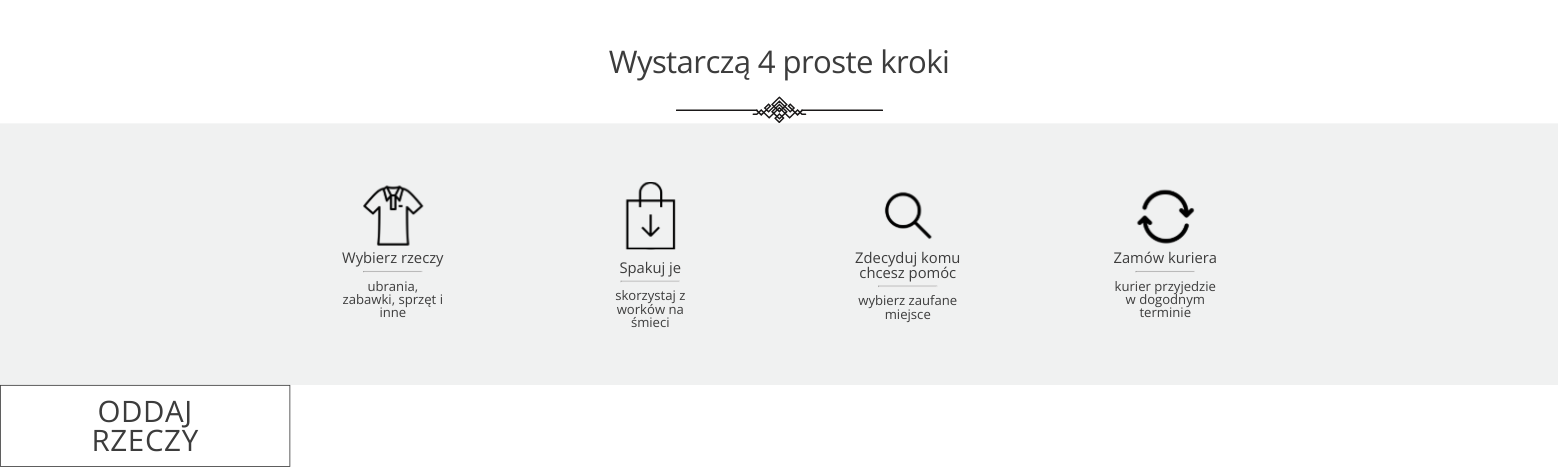
Repository: tomekwoojcik/oddam-w-dobre-rence
Page: /
The author's editor kept a copy of each file at every save. The page is drawn from the files as they stood at one save, then again after the next save.
The browser window is 1280 px wide. The page is 1900 px wide, so the pictures cover 1900 px, including what lies to the right of the window. The pictures show the part of the page from y = 1347 to 1917 px (the page is 1917 px tall), at 82% of full size.
The project was rebuilt for these pictures with package versions that can differ from the ones it lists, and the page was loaded fresh each time. Also part of the build but not shown: src/pages/logIn/logIn.js, src/pages/register/register.js.

Above is the page before, as saved 2022-12-08 08:21:02.

### public/index.html
<!DOCTYPE html>
<html lang="en">
  <head>
    <meta charset="utf-8" />
    <link rel="icon" href="%PUBLIC_URL%/favicon.ico" />
    <meta name="viewport" content="width=device-width, initial-scale=1" />
    <meta name="theme-color" content="#000000" />
    <meta
      name="description"
      content="Web site created using create-react-app"
    />
    <link rel="apple-touch-icon" href="%PUBLIC_URL%/logo192.png" />
    <link rel="manifest" href="%PUBLIC_URL%/manifest.json" />
    <title>React App</title>
    <link rel="preconnect" href="https://fonts.googleapis.com">
    <link rel="preconnect" href="https://fonts.gstatic.com" crossorigin>
    <link
      href="https://fonts.googleapis.com/css2?family=Merriweather:ital,wght@0,300;0,400;0,700;0,900;1,300;1,400;1,700;1,900&family=Open+Sans:ital,wght@0,300;0,400;0,500;0,600;0,700;0,800;1,300;1,400;1,500;1,600;1,700;1,800&display=swap"
      rel="stylesheet">
  </head>
  <body>
    <div id="root"></div>
  </body>
</html>

### src/index.js
import React from 'react'
import ReactDOM from 'react-dom/client'
import './scss/main.scss'
import App from './App'
import reportWebVitals from './reportWebVitals'

const root = ReactDOM.createRoot(document.getElementById('root'))
root.render(
  <React.StrictMode>
    <App />
  </React.StrictMode>
)

// If you want to start measuring performance in your app, pass a function
// to log results (for example: reportWebVitals(console.log))
// or send to an analytics endpoint. Learn more: https://bit.ly/CRA-vitals
reportWebVitals()

### src/scss/main.scss
@import './reset';
@import './settings/colors';
@import './settings/fonts';
@import '../components/atoms/buttonsMenu/buttonsMenu';
@import '../components/molecules/navMenu/navMenu';
@import '../components/atoms/buttonsLoginLogout/buttonsLoginLogout';
@import '../components/molecules/navLoginLogout/navLoginLogout';
@import '../components/molecules/menu/menu';
@import '../components/atoms/photoInHeader/photoInHeader.scss';
@import '../components/organisms/header/header';
@import '../components/atoms/partTextInHeader/firstPartText';
@import '../components/molecules/rightPart/rightPart';
@import '../components/molecules/textInHeader/textInHeader';
@import '../components/atoms/decorationAssets/decorationAssets';
@import '../components/molecules/menuRightPartContext/menuRightPartContext';
@import '../components/atoms/buttonsInRightPartContext/buttonsInRightPartContext';
@import '../components/organisms/threeColumns/threeColumns';
@import '../pages/home/home';
@import '../components/molecules/oneColumn/oneColumn';
@import '../components/atoms/counterInColumn/counterInColumn';
@import '../components/atoms/titleInColumn/titleInColumn';
@import '../components/atoms/textInColumn/textInColumn';
@import '../components/atoms/simpleStepsTitle/simpleStepsTitle';
@import '../components/organisms/simpleSteps/simpleSteps';
@import '../components/atoms/simpleStepsColumn/simpleStepsColumn';
@import '../components/molecules/simpleStepsBar/simpleStepsBar';

* {
    font-family: $font-base;
}

### src/App.js
/* eslint-disable react/react-in-jsx-scope */
import { Outlet, Route, Routes } from 'react-router'
import { BrowserRouter } from 'react-router-dom'
import Home from './pages/home/home'
import './App.css'
import LogIn from './pages/logIn/logIn'
import Register from './pages/register/register'

function App () {
  return (
    <div className="App">
      <Outlet />
      <BrowserRouter>
        <Routes>
          <Route path='/' element={<Home />} />
          <Route path='logowanie' element={<LogIn />} />
          <Route path='rejestracja' element={<Register />} />
        </Routes>

      </BrowserRouter>
    </div>
  )
}

export default App

### src/scss/settings/_colors.scss
$white-color: #F0F1F1;
$mustard-color: #5E5322;
$strong-yellow-color: #FAD648;
$grey-color: #737373;
$black-color: #3C3C3C;

### src/components/atoms/buttonsMenu/_buttonsMenu.scss
@import '../../../scss/settings/fonts';
@import '../../../scss/settings/colors';

.buttonItem {
    .button {
        font-size: 18px;
        padding: 9px 20px;
        color: $black-color;
        text-decoration: none;
        font-family: $font-base;
        border: 0.75px solid white;
    }

    .button:hover{
        border: 0.75px solid $black-color;
    }
}

### src/components/molecules/navMenu/_navMenu.scss
@import '../../../scss/settings/fonts';
@import '../../../scss/settings/colors';

.buttonList {
    margin-top: 10px;
    display: flex;
    flex-direction: row;
    justify-content: flex-end;
    margin-right: 142px;
}

### src/components/atoms/buttonsLoginLogout/_buttonsLoginLogout.scss
@import '../../../scss/settings/fonts';
@import '../../../scss/settings/colors';

.buttonMenuItems {
    .buttonMenu {
        font-family: $font-base;
        font-size: 14px;
        text-decoration: none;
        color: $grey-color;
        padding: 9px 10px;
        margin-left: 20px;
        border: 0.75px solid white;
    }

    .buttonMenu:hover{
        border-color: $strong-yellow-color;
    }
}

### src/components/molecules/navLoginLogout/_navLoginLogout.scss
.buttonMenuList{
    display: flex;
    flex-direction: row;
    justify-content: flex-end;
    margin-right: 142px;
    margin-bottom: 60px;
}

### src/components/molecules/menu/_menu.scss
.menu {
    width: 100%;
    margin-top: 37px;
    flex-direction: column;
}

### src/components/atoms/photoInHeader/_photoInHeader.scss
.photoHeader {
    width: 885px;
    height: 963px;
}

### src/components/organisms/header/_header.scss
.header {
    display: flex;
    flex-direction: row;
    width: 1758px;
}

### src/components/atoms/partTextInHeader/_firstPartText.scss
@import '../../../scss/settings/fonts';
@import '../../../scss/settings/colors';

.textInHeader{
    font-family: $font-base;
    font-size: 38px;
    margin-bottom: 10px;
}

### src/components/molecules/rightPart/_rightPart.scss
.rightPartHeader{
    display: flex;
    flex-direction: column;
}

### src/components/molecules/textInHeader/_textInHeader.scss
.textIn{
    margin-top: 210px;
}

### src/components/atoms/decorationAssets/_decorationAssets.scss
.decorationAssets {
    width: 253px;
    height: 33px;
    align-self: center;
    margin-top: 25px;
}

### src/components/molecules/menuRightPartContext/_menuRightPartContext.scss
.menuRightPartContext{
    display: flex;
    flex-direction: row;
    justify-content: center;
    margin-top: 65px;
}

### src/components/atoms/buttonsInRightPartContext/_buttonsInRightPartContext.scss
@import '../../../scss/settings/fonts';
@import '../../../scss/settings/colors';
@import '../../../scss/settings/otherVariables';

.buttonItemMenuContext {
    width: 250px;
    border: $border;
    padding: 13px 51px;

    .buttonMenuContext {

        text-transform: uppercase;
        text-decoration: none;
        color: $black-color;
        font-size: 36px;
        letter-spacing: 0.76px;
        word-wrap: break-word;
        font-family: $font-base;
        font-weight: 300;
    }

}

.buttonItemMenuContext:nth-child(2) {
    margin-left: 44px;
}

### src/scss/settings/_otherVariables.scss
@import '../settings/colors';
@import '../settings/colors';

$border: 0.75px solid $black-color;

### src/components/organisms/threeColumns/_threeColumns.scss
.threeColumns{
    background: url(../../../assets/backGround.png) ;
    width: 100%;
    display: flex;
    flex-direction: row;
    justify-content: space-around;
}

### src/pages/home/_home.scss
.homePage{
    width: 1900px;
    margin: 0 auto;
}

### src/components/molecules/oneColumn/_oneColumn.scss
.oneColumn {
    display: flex;
    flex-direction: column;
    justify-content: center;
    width: 334px;
    height: 252px;
    padding-top: 46px;
    padding-bottom: 86px;

}

### src/components/atoms/counterInColumn/_counterInColumn.scss
@import '../../../scss/settings/fonts';
@import '../../../scss/settings/colors';
@import '../../../scss/settings/otherVariables';

.counterColumn{
    font-size: 90px;
    font-family: $font-base;
    color: $mustard-color;
    font-weight: 300;
}

### src/components/atoms/titleInColumn/_titleInColumn.scss
@import '../../../scss/settings/fonts';
@import '../../../scss/settings/colors';
@import '../../../scss/settings/otherVariables';

.titleColumn{
    text-transform: uppercase;
    font-size: 18px;
    font-family: $font-base;
    letter-spacing: -0.36px;
    color: $black-color;
    margin: 10px 0 28px 0;

}

### src/components/atoms/textInColumn/_textInColumn.scss
@import '../../../scss/settings/fonts';
@import '../../../scss/settings/colors';
@import '../../../scss/settings/otherVariables';


.textColumn{
    font-family: $font-alt;
    font-size: 16px;
    font-weight: lighter;
    color: $black-color;
    letter-spacing: -0.32px;
    line-height: 25px;
}

### src/components/atoms/simpleStepsTitle/_simpleStepsTitle.scss
@import '../../../scss/settings/fonts';
@import '../../../scss/settings/colors';
@import '../../../scss/settings/otherVariables';

.simpleStepsTitle {
    font-size: 38px;
    font-family: $font-base;
    letter-spacing: -0.76px;
    color: $black-color;
    font-weight: 300;
}

### src/components/organisms/simpleSteps/_simpleSteps.scss
.simpleSteps{
    margin-top: 55px;
    display: flex;
    flex-direction: column;

    .buttonInSimpleSteps{
        align-self: center;
    }
}

### src/components/atoms/simpleStepsColumn/_simpleStepsColumn.scss
@import '../../../scss/settings/fonts';
@import '../../../scss/settings/colors';
@import '../../../scss/settings/otherVariables';

.simpleStepsColumn {
    width: 130px;
    height: 172px;

    .simpleStepsColumnImg {
        width: 83px;
        height: 83px;
    }

    .simpleStepsColumnTitle {
        font-family: $font-base;
        font-size: 18px;
        color: $black-color;
    }

    .simpleStepsColumnLine {
        color: $grey-color;
        width: 70px;
    }

    .simpleStepsColumnText {
        font-family: $font-base;
        font-size: 16px;
        color: $black-color;
        height: 40px;
        width: 100%;
    }
}


.simpleStepsColumn:nth-child(2){
    .simpleStepsColumnTitle{
        margin-top: 12px;
    }
}

### src/components/molecules/simpleStepsBar/_simpleStepsBar.scss
@import '../../../scss/settings/fonts';
@import '../../../scss/settings/colors';
@import '../../../scss/settings/otherVariables';

.simpleStepsBar {
    background-color: $white-color;
    padding: 71px 414px 76px 414px;
    display: flex;
    flex-direction: row;
    justify-content: space-between;
}

### src/pages/home/home.js
import React from 'react'
import Header from '../../components/organisms/header/header'
import SimpleSteps from '../../components/organisms/simpleSteps/simpleSteps'
import ThreeColumns from '../../components/organisms/threeColumns/threeColumns'

const Home = () => {
  return (
    <div className='homePage'>
      <Header />
      <ThreeColumns />
      <SimpleSteps/>
    </div>
  )
}

export default Home

### src/components/organisms/header/header.js
import React from 'react'
import PhotoInHeader from '../../atoms/photoInHeader/photoInHeader'
import RightPart from '../../molecules/rightPart/rightPart'
const Header = () => {
  return (
    <header className='header'>
      <PhotoInHeader />
      <RightPart />
    </header>

  )
}

export default Header

### src/components/organisms/simpleSteps/simpleSteps.js
import React from 'react'
import SimpleStepsTitle from '../../atoms/simpleStepsTitle/simpleStepsTitle'
import DecorationAssets from '../../atoms/decorationAssets/decorationAssets'
import SimpleStepsBar from '../../molecules/simpleStepsBar/simpleStepsBar'
import ButtonsInRightPartContext from '../../atoms/buttonsInRightPartContext/buttonsInRightPartContext'
const SimpleSteps = () => {
  return (
        <div className='simpleSteps'>
            <SimpleStepsTitle text={'Wystarczą 4 proste kroki'} />
            <DecorationAssets />
            <SimpleStepsBar />
            <ButtonsInRightPartContext buttonName={'oddaj rzeczy'} />
        </div>
  )
}

export default SimpleSteps

### src/components/organisms/threeColumns/threeColumns.js
import React from 'react'
import OneColumn from '../../molecules/oneColumn/oneColumn'

const ThreeColumns = () => {
  return (
        <div className='threeColumns'>
          <OneColumn counter={'10'} title={'Oddanych worków'} text={'Lorem ipsum dolor sit amet, consectetur adipisc Pellentesque vel enim a elit viverra elementuma. Aliquam erat volutpat.'} />
          <OneColumn counter={'5'} title={'Wspartych organizacji'} text={'Lorem ipsum dolor sit amet, consectetur adipisc Pellentesque vel enim a elit viverra elementuma. Aliquam erat volutpat.'} />
          <OneColumn counter={'7'} title={'Zorganizowanych zbiórek'} text={'Lorem ipsum dolor sit amet, consectetur adipisc Pellentesque vel enim a elit viverra elementuma. Aliquam erat volutpat.'} />
        </div>
  )
}

export default ThreeColumns

### src/components/atoms/photoInHeader/photoInHeader.js
import React from 'react'
import Image from '../../../assets/Home-Hero-Image.jpg'

const PhotoInHeader = () => {
  return (
    <img className='photoHeader' src={Image} />
  )
}

export default PhotoInHeader

### src/components/molecules/rightPart/rightPart.js
import React from 'react'
import Menu from '../menu/menu'
import RightPartContext from '../rightPartContext/rightPartContext'

const RightPart = () => {
  return (
    <div className='rightPartHeader'>
      <Menu />
      <RightPartContext />
    </div>
  )
}

export default RightPart

### src/components/atoms/simpleStepsTitle/simpleStepsTitle.js
/* eslint-disable react/prop-types */
import React from 'react'

const SimpleStepsTitle = ({ text }) => {
  return (
        <h4 className='simpleStepsTitle'>{text}</h4>
  )
}

export default SimpleStepsTitle

### src/components/atoms/decorationAssets/decorationAssets.js
import React from 'react'
import DecoratorImage from '../../../assets/Decoration.svg'
const DecorationAssets = () => {
  return (
        <img className="decorationAssets" src={DecoratorImage} />
  )
}

export default DecorationAssets

### src/components/molecules/simpleStepsBar/simpleStepsBar.js
import React from 'react'
import SimpleStepsColumn from '../../atoms/simpleStepsColumn/simpleStepsColumn'
import IconOne from '../../../assets/Icon-1.svg'
import IconSec from '../../../assets/Icon-2.svg'
import IconThr from '../../../assets/Icon-3.svg'
import IconFou from '../../../assets/Icon-4.svg'

const SimpleStepsBar = () => {
  return (
        <div className='simpleStepsBar'>
          <SimpleStepsColumn source={IconOne} simpleStepsColumnTitle={'Wybierz rzeczy'} simpleStepsColumnText={'ubrania, zabawki, sprzęt i inne'} />
          <SimpleStepsColumn source={IconSec} simpleStepsColumnTitle={'Spakuj je'} simpleStepsColumnText={'skorzystaj z worków na śmieci'} />
          <SimpleStepsColumn source={IconThr} simpleStepsColumnTitle={'Zdecyduj komu chcesz pomóc'} simpleStepsColumnText={'wybierz zaufane miejsce'} />
          <SimpleStepsColumn source={IconFou} simpleStepsColumnTitle={'Zamów kuriera'} simpleStepsColumnText={'kurier przyjedzie w dogodnym terminie'} />
        </div>
  )
}

export default SimpleStepsBar

### src/components/atoms/buttonsInRightPartContext/buttonsInRightPartContext.js
import React from 'react'
import { NavLink } from 'react-router-dom'

// eslint-disable-next-line react/prop-types
const ButtonsInRightPartContext = ({ source, buttonName }) => {
  return (
    <div className='buttonItemMenuContext'><NavLink className='buttonMenuContext' to={source}>{buttonName}</NavLink></div>
  )
}

export default ButtonsInRightPartContext

### src/components/molecules/oneColumn/oneColumn.js
/* eslint-disable react/prop-types */
import React from 'react'
import CounterInColumn from '../../atoms/counterInColumn/counterInColumn'
import TextInColumn from '../../atoms/textInColumn/textInColumn'
import TitleInColumn from '../../atoms/titleInColumn/titleInColumn'

const OneColumn = ({ counter, title, text }) => {
  return (
        <div className='oneColumn'>
            <CounterInColumn counterColumn={counter} />
            <TitleInColumn titleColumn={title} />
            <TextInColumn textColumn={text} />
        </div>
  )
}

export default OneColumn

### src/components/molecules/menu/menu.js
import React from 'react'
import NavLoginLogout from '../navLoginLogout/navLoginLogout'
import NavMenu from '../navMenu/navMenu'

const Menu = () => {
  return (
    <div className='menu'>
      <NavLoginLogout />
      <NavMenu />
    </div>
  )
}

export default Menu

### src/components/molecules/rightPartContext/rightPartContext.js
import React from 'react'
import DecorationAssets from '../../atoms/decorationAssets/decorationAssets'
import MenuRightPartContext from '../menuRightPartContext/menuRightPartContext'
import TextInHeader from '../textInHeader/textInHeader'

const RightPartContext = () => {
  return (
      <div className='rightPartContext'>
          <TextInHeader />
          <DecorationAssets />
          <MenuRightPartContext/>
        </div>
  )
}

export default RightPartContext

### src/components/atoms/simpleStepsColumn/simpleStepsColumn.js
/* eslint-disable react/prop-types */
import React from 'react'

const SimpleStepsColumn = ({ source, simpleStepsColumnTitle, simpleStepsColumnText }) => {
  return (
    <div className='simpleStepsColumn'>
          <img className='simpleStepsColumnImg' src={source} />
          <h4 className='simpleStepsColumnTitle' >{simpleStepsColumnTitle}</h4>
          <hr className='simpleStepsColumnLine' />
          <p className='simpleStepsColumnText'>{simpleStepsColumnText}</p>
    </div>
  )
}

export default SimpleStepsColumn

### src/components/atoms/counterInColumn/counterInColumn.js
/* eslint-disable react/prop-types */
import React from 'react'

const CounterInColumn = ({ counterColumn }) => {
  return (
    <h3 className='counterColumn'>{counterColumn}</h3>
  )
}

export default CounterInColumn

### src/components/atoms/textInColumn/textInColumn.js
/* eslint-disable react/prop-types */
import React from 'react'

const TextInColumn = ({ textColumn }) => {
  return (
      <p className='textColumn'>{ textColumn }</p>
  )
}

export default TextInColumn

### src/components/atoms/titleInColumn/titleInColumn.js
/* eslint-disable react/prop-types */
import React from 'react'

const TitleInColumn = ({ titleColumn }) => {
  return (
      <h4 className='titleColumn'>{titleColumn}</h4>
  )
}

export default TitleInColumn

### src/components/molecules/navLoginLogout/navLoginLogout.js
import React from 'react'
import ButtonsLoginLogout from '../../atoms/buttonsLoginLogout/buttonsLoginLogout'

const NavLoginLogout = () => {
  return (
        <ul className='buttonMenuList'>
          <ButtonsLoginLogout source={'logowanie'} buttonName={'Zaloguj'} />
          <ButtonsLoginLogout source={'rejestracja'} buttonName={'Załóź konto'} />
        </ul>
  )
}

export default NavLoginLogout

### src/components/molecules/navMenu/navMenu.js
import React from 'react'
import ButtonsMenu from '../../atoms/buttonsMenu/buttonsMenu'

const NavMenu = () => {
  return (
        <ul className='buttonList'>
          <ButtonsMenu source={'/'} linkName={'Start'} />
          <ButtonsMenu source={'/'} linkName={'O co chodzi?'} />
          <ButtonsMenu source={'/'} linkName={'O nas'} />
          <ButtonsMenu source={'/'} linkName={'Fundacje i organizacje'} />
          <ButtonsMenu source={'/'} linkName={'Kontakt'} />
        </ul>
  )
}

export default NavMenu

### src/components/molecules/menuRightPartContext/menuRightPartContext.js
import React from 'react'
import ButtonsInRightPartContext from '../../atoms/buttonsInRightPartContext/buttonsInRightPartContext'

const MenuRightPartContext = () => {
  return (
      <ul className='menuRightPartContext'>
      <ButtonsInRightPartContext source={'#'} buttonName={'Oddaj rzeczy'} />
      <ButtonsInRightPartContext source={'#'} buttonName={'Zorganizuj zbiórke'} />
    </ul>
  )
}

export default MenuRightPartContext

### src/components/molecules/textInHeader/textInHeader.js
import React from 'react'
import FirstPartText from '../../atoms/partTextInHeader/firstPartText'

const TextInHeader = () => {
  return (
        <div className='textIn'>
          <FirstPartText textHeader={'Zacznij pomagać!'} />
          <FirstPartText textHeader={'Oddaj niechciane rzeczy w zaufane ręce'} />
        </div>
  )
}

export default TextInHeader

### src/components/atoms/buttonsLoginLogout/buttonsLoginLogout.js
/* eslint-disable react/prop-types */
import React from 'react'
import { NavLink } from 'react-router-dom'

const ButtonsLoginLogout = ({ source, buttonName }) => {
  return (
        <li className='buttonMenuItems'><NavLink className='buttonMenu' to={source}>{buttonName}</NavLink></li>
  )
}

export default ButtonsLoginLogout

### src/components/atoms/buttonsMenu/buttonsMenu.js
import React from 'react'
import { NavLink } from 'react-router-dom'

// eslint-disable-next-line react/prop-types
const ButtonsMenu = ({ source, linkName }) => {
  return (
        <li className='buttonItem'><NavLink className="button" to={source}>{linkName}</NavLink></li>
  )
}

export default ButtonsMenu

### src/components/atoms/partTextInHeader/firstPartText.js
import React from 'react'

// eslint-disable-next-line react/prop-types
const FirstPartText = ({ textHeader }) => {
  return (
    <h3 className='textInHeader'>{textHeader}</h3>
  )
}

export default FirstPartText

Loaded but not shown: src/reportWebVitals.js (common file); src/scss/_reset.scss (common file); src/scss/settings/_fonts.scss (common file); src/App.css (common file)

After the next save:
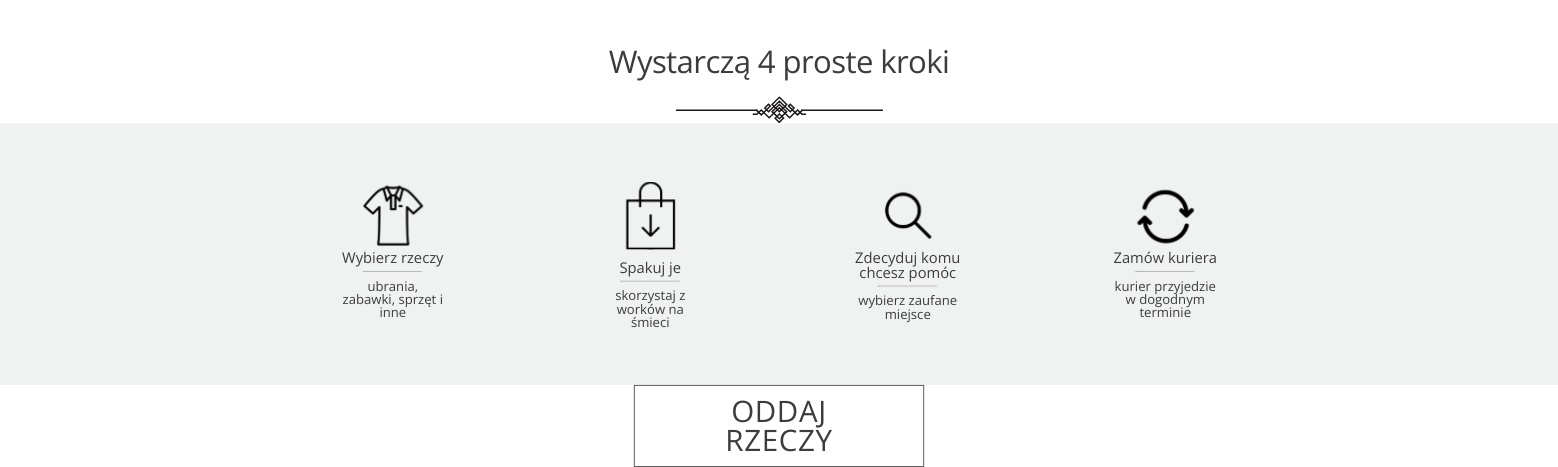
Saved 75 s later.
--- a/src/components/organisms/simpleSteps/_simpleSteps.scss
+++ b/src/components/organisms/simpleSteps/_simpleSteps.scss
@@ -3,7 +3,7 @@
     display: flex;
     flex-direction: column;
 
-    .buttonInSimpleSteps{
+    .buttonItemMenuContext{
         align-self: center;
     }
 }
